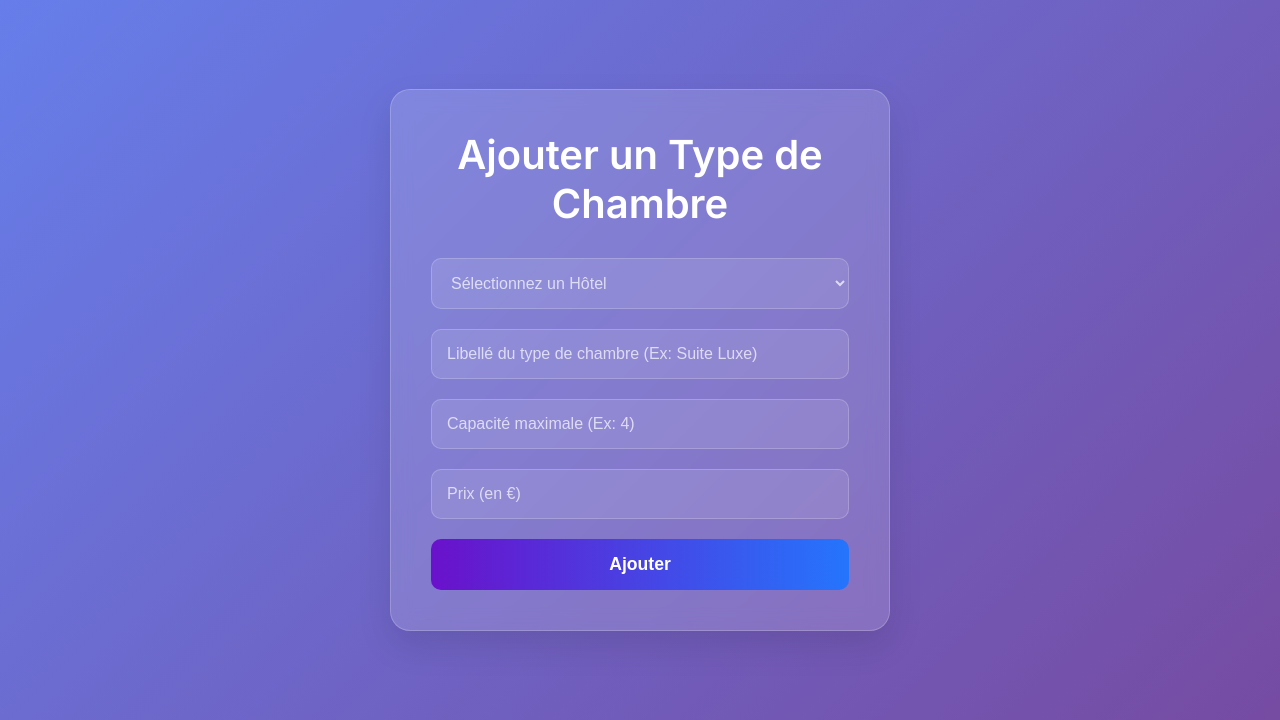
Repository: ToumiFourat/HotelManagementt
Page: http://localhost/Hotell/AddRoomTypeServlet
These files come from the project's save history. The page is drawn as it stood at one moment and after the next save; the edit follows.
The browser window is 1280 px wide. The pictures show the whole page.
The page is served by Tomcat 10. Other server files are loaded and not shown. Queries for data that is not in the repository find no rows.

Above is the page before, as saved 2024-12-17 21:05:54.

### Hotell/src/main/webapp/views/addRoomType.jsp
<%@ page contentType="text/html;charset=UTF-8" language="java" %>
<%@ page import="java.util.List" %>
<%@ page import="model.Hotel" %>
<%@ page import="dao.Hoteldao" %>
<!DOCTYPE html>
<html lang="fr">
<head>
    <meta charset="UTF-8">
    <meta name="viewport" content="width=device-width, initial-scale=1.0">
    <title>Ajouter un Type de Chambre</title>
    <link href="https://fonts.googleapis.com/css2?family=Inter:wght@300;400;600&display=swap" rel="stylesheet">
    <style>
        :root {
            --background-gradient: linear-gradient(135deg, #667eea 0%, #764ba2 100%);
            --card-background: rgba(255, 255, 255, 0.15);
            --text-primary: #ffffff;
            --text-secondary: rgba(255, 255, 255, 0.7);
            --input-background: rgba(255, 255, 255, 0.1);
            --border-color: rgba(255, 255, 255, 0.2);
            --button-gradient: linear-gradient(to right, #6a11cb 0%, #2575fc 100%);
        }

        * {
            margin: 0;
            padding: 0;
            box-sizing: border-box;
        }

        body {
            font-family: 'Inter', sans-serif;
            background: var(--background-gradient);
            min-height: 100vh;
            display: flex;
            align-items: center;
            justify-content: center;
            color: var(--text-primary);
        }

        .form-container {
            width: 100%;
            max-width: 500px;
            background: var(--card-background);
            border-radius: 20px;
            padding: 40px;
            backdrop-filter: blur(10px);
            box-shadow: 0 15px 35px rgba(0, 0, 0, 0.1);
            border: 1px solid var(--border-color);
        }

        .form-title {
            text-align: center;
            font-size: 2.5rem;
            margin-bottom: 30px;
            font-weight: 600;
            color: var(--text-primary);
        }

        .form {
            display: flex;
            flex-direction: column;
            gap: 20px;
        }

        .form-input, .form-select {
            width: 100%;
            padding: 15px;
            background: var(--input-background);
            border: 1px solid var(--border-color);
            border-radius: 10px;
            color: var(--text-primary);
            font-size: 1rem;
            outline: none;
        }

        .form-input::placeholder, .form-select {
            color: var(--text-secondary);
        }

        .form-button {
            background: var(--button-gradient);
            color: var(--text-primary);
            border: none;
            padding: 15px;
            border-radius: 10px;
            font-size: 1.1rem;
            font-weight: 600;
            cursor: pointer;
            transition: opacity 0.3s;
        }

        .form-button:hover {
            opacity: 0.9;
        }
    </style>
</head>
<body>
    <div class="form-container">
        <h1 class="form-title">Ajouter un Type de Chambre</h1>
        <form class="form" action="${pageContext.request.contextPath}/AddRoomTypeServlet" method="post">
            <!-- Sélection de l'hôtel -->
            <select class="form-select" id="hotelId" name="hotelId" required>
                <option value="" disabled selected>Sélectionnez un Hôtel</option>
                <%
                    // Instancier le DAO
                    dao.Hoteldao hotelDAO = new dao.Hoteldao();
                    List<model.Hotel> hotels = hotelDAO.getAllHotels(); // Récupération des hôtels

                    if (hotels != null && !hotels.isEmpty()) {
                        for (model.Hotel hotel : hotels) {
                %>
                            <option value="<%= hotel.getId() %>"><%= hotel.getName() %></option>
                <%
                        }
                    } else {
                %>
                    <option disabled>Aucun hôtel disponible</option>
                <%
                    }
                %>
            </select>

            <!-- Libellé du type de chambre -->
            <input
                type="text"
                class="form-input"
                id="label"
                name="label"
                placeholder="Libellé du type de chambre (Ex: Suite Luxe)"
                required
            >

            <!-- Capacité maximale -->
            <input
                type="number"
                class="form-input"
                id="capacity"
                name="capacity"
                min="1"
                placeholder="Capacité maximale (Ex: 4)"
                required
            >

            <!-- Prix -->
            <input
                type="number"
                class="form-input"
                id="prix"
                name="prix"
                min="0"
                placeholder="Prix (en €)"
                required
            >

            <!-- Bouton de soumission -->
            <button type="submit" class="form-button">Ajouter</button>
        </form>
    </div>
</body>
</html>

### Hotell/src/main/java/AddRoomTypeServlet.java

import jakarta.servlet.ServletException;
import jakarta.servlet.annotation.WebServlet;
import jakarta.servlet.http.HttpServlet;
import jakarta.servlet.http.HttpServletRequest;
import jakarta.servlet.http.HttpServletResponse;
import model.Roomtype;
import dao.RoomTypeDAO;

import java.io.IOException;



public class AddRoomTypeServlet extends HttpServlet {
    private static final long serialVersionUID = 1L;

    private RoomTypeDAO roomTypeDAO;

    public AddRoomTypeServlet() {
        super();
    }

    @Override
    public void init() throws ServletException {
        roomTypeDAO = new RoomTypeDAO();
    }

    /**
     * Handles GET requests
     */
    @Override
    protected void doGet(HttpServletRequest request, HttpServletResponse response) throws ServletException, IOException {
        // Read parameters from the form
    	String hotelIdStr = request.getParameter("hotelId");
        String label = request.getParameter("label");
        String capacity = request.getParameter("capacity");
        String prixStr = request.getParameter("prix");


        try {
            int prix = Integer.parseInt(prixStr);
            int Capacity = Integer.parseInt(capacity);
            int hotelid = Integer.parseInt(hotelIdStr);


            // Create Roomtype object
            Roomtype roomType = new Roomtype(label, Capacity,prix);

            // Add room type to the database
            boolean success = roomTypeDAO.addRoomType(roomType,hotelid);

            if (success) {
                // Set success notification
                request.setAttribute("message", "Room type added successfully!");
                request.setAttribute("messageType", "success");
            } else {
                // Set failure notification
                request.setAttribute("message", "Failed to add room type.");
                request.setAttribute("messageType", "error");
            }
        } catch (NumberFormatException e) {
            request.setAttribute("message", "Invalid number format for prix or hotel ID.");
            request.setAttribute("messageType", "error");
        } catch (Exception e) {
            e.printStackTrace();
            request.setAttribute("message", "Error: " + e.getMessage());
            request.setAttribute("messageType", "error");
        }

        // Forward back to the add room type page
        request.getRequestDispatcher("views/addRoomType.jsp").forward(request, response);
    }

    /**
     * Handles POST requests
     */
    @Override
    protected void doPost(HttpServletRequest request, HttpServletResponse response) throws ServletException, IOException {
        doGet(request, response);
    }
}

### Hotell/src/main/java/dao/SingleConnection.java
package dao;

import java.sql.Connection;
import java.sql.DriverManager;
import java.sql.SQLException;

public class SingleConnection {
    private static final String DRIVER = "com.mysql.cj.jdbc.Driver"; // JDBC driver class
    private static final String URL = "jdbc:mysql://localhost:3306/hotel"; // Database URL
    private static final String USER = "root"; // Database username
    private static final String PASSWORD = "isimg"; // Database password
    private static Connection connection;

    // Private constructor to prevent instantiation
    private SingleConnection() {}

    // Initialize the connection
    private static void initConnection() {
        try {
            // Load the JDBC driver
            Class.forName(DRIVER);

            // Establish the connection
            connection = DriverManager.getConnection(URL, USER, PASSWORD);
            System.out.println("Database connection established successfully.");
        } catch (ClassNotFoundException e) {
            System.err.println("JDBC Driver not found.");
            e.printStackTrace();
        } catch (SQLException e) {
            System.err.println("Failed to establish database connection.");
            e.printStackTrace();
        }
    }

    // Provide the connection instance
    public static Connection getInstance() {
        if (connection == null) {
            initConnection(); // Call initConnection() to establish a connection if it's null
        }
        return connection;
    }
}

After the next save:
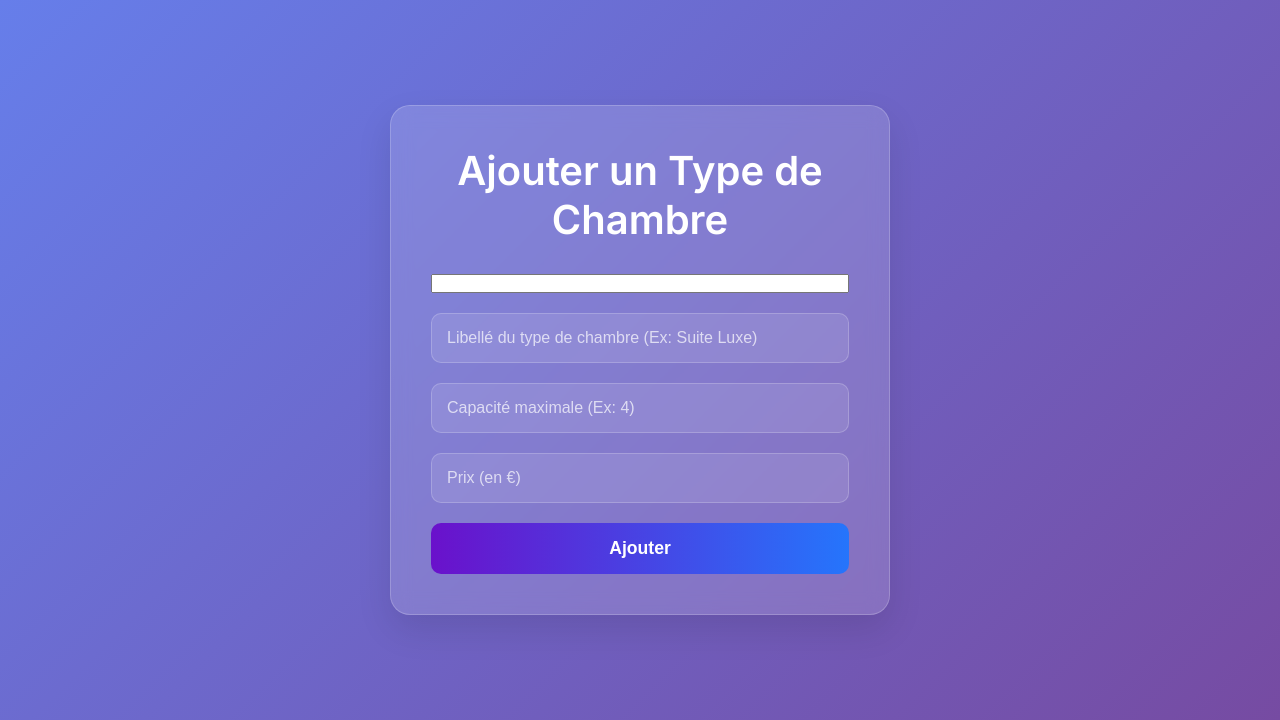
Saved 23 s later.
--- a/Hotell/src/main/webapp/views/addRoomType.jsp
+++ b/Hotell/src/main/webapp/views/addRoomType.jsp
@@ -61,7 +61,7 @@
             gap: 20px;
         }
 
-        .form-input, .form-select {
+        .form-input {
             width: 100%;
             padding: 15px;
             background: var(--input-background);

After the save that followed:
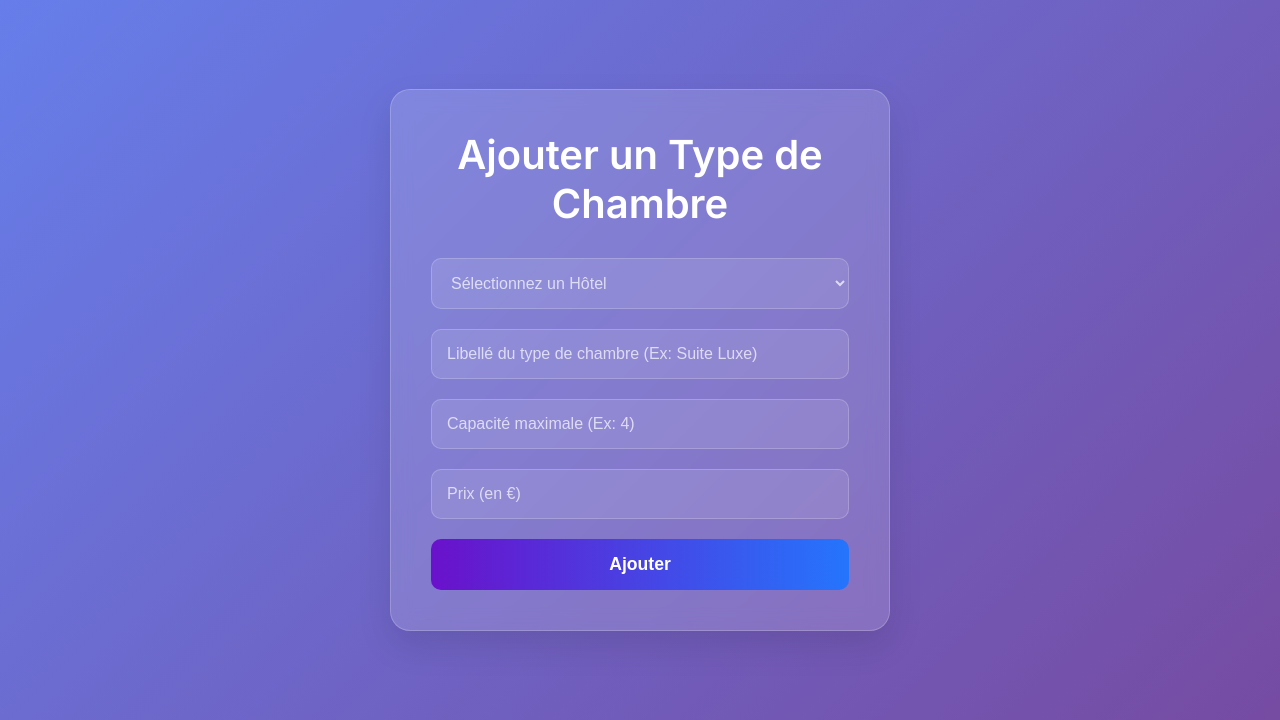
Saved 13 s later.
--- a/Hotell/src/main/webapp/views/addRoomType.jsp
+++ b/Hotell/src/main/webapp/views/addRoomType.jsp
@@ -61,7 +61,7 @@
             gap: 20px;
         }
 
-        .form-input {
+        .form-input, .form-select {
             width: 100%;
             padding: 15px;
             background: var(--input-background);
